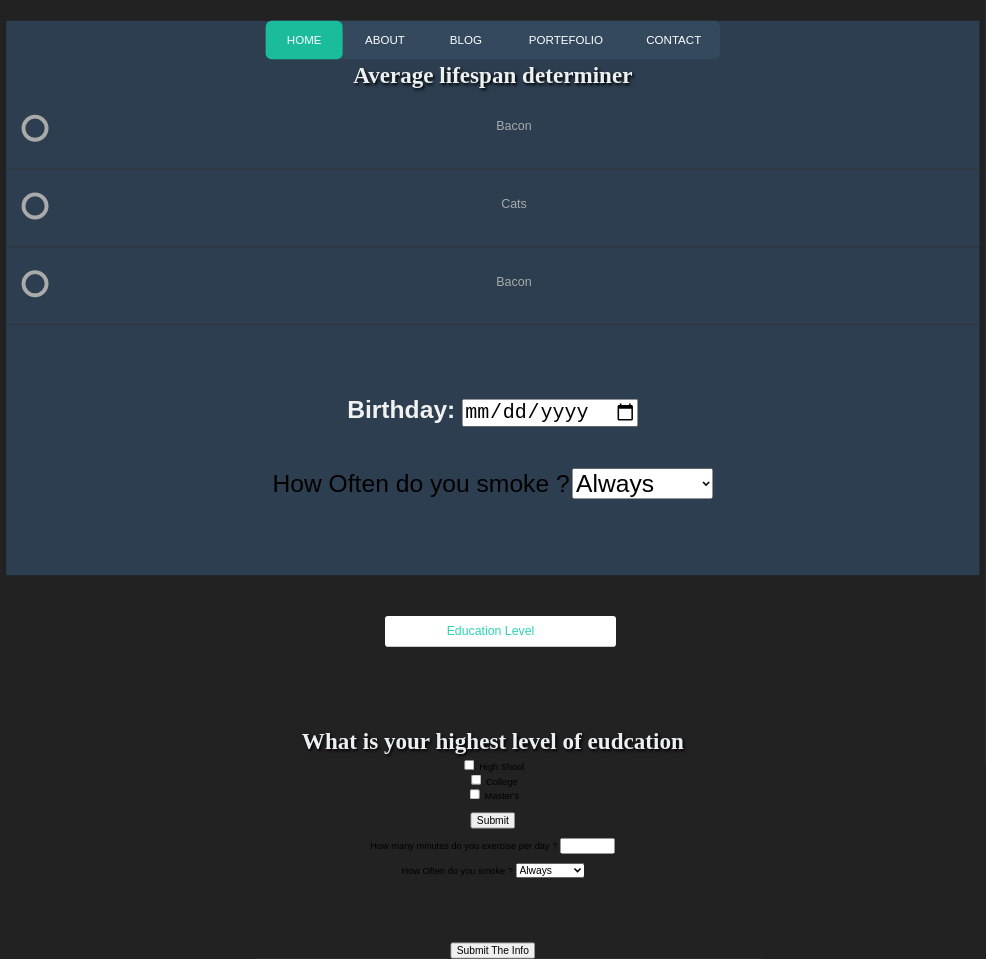
Repository: navid-amini12/capstone-1
Page: wordgame.html
These files come from the project's save history. The page is drawn as it stood at one moment and after the next save; the edit follows.
The browser window is 1280 px wide. The pictures show the whole page, at 77% of full size.

Above is the page before, as saved 2022-06-01 13:14:32.

After the next save:
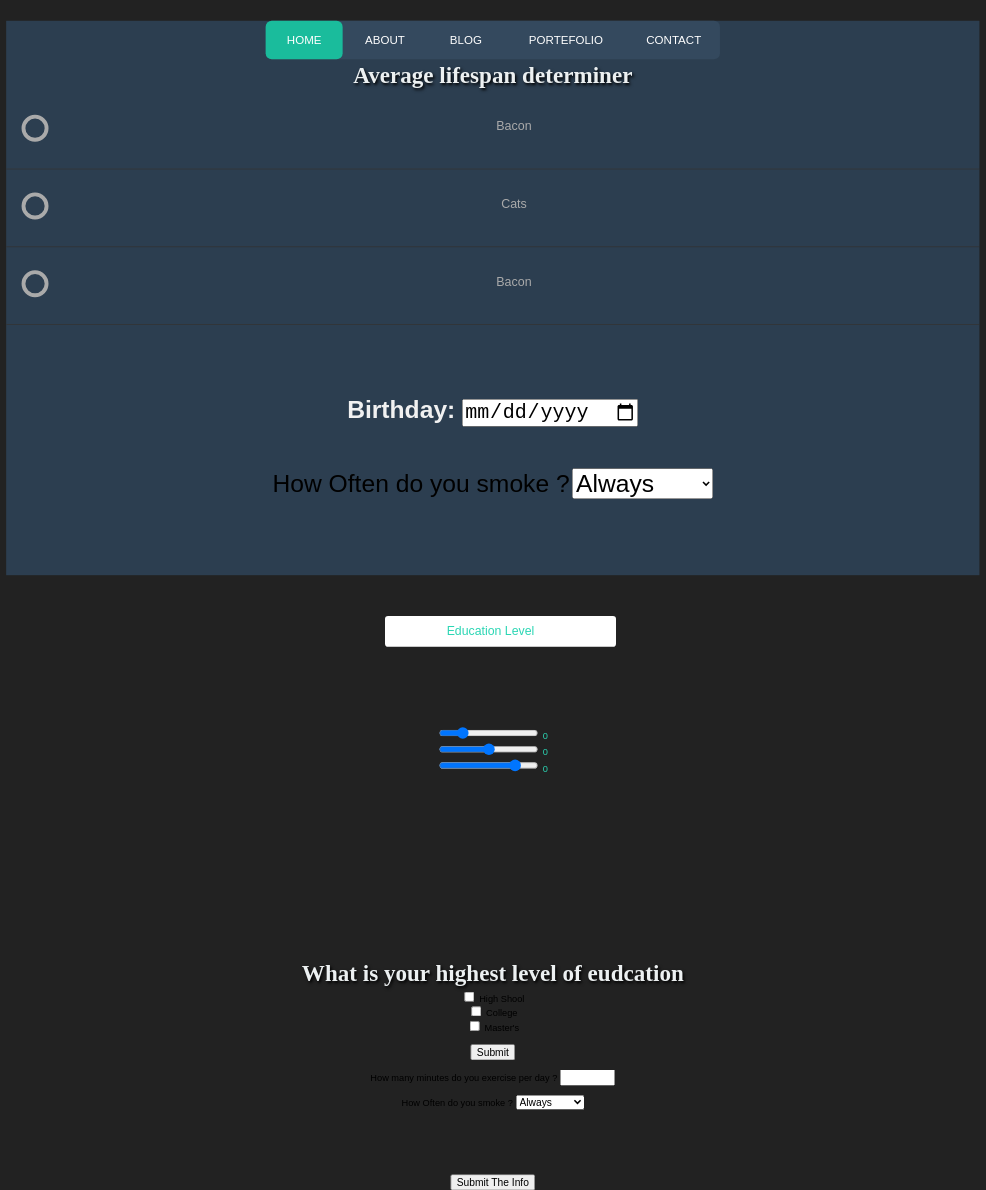
Saved 4 min 21 s later.
--- a/wordgame.html
+++ b/wordgame.html
@@ -170,7 +170,21 @@
 
 <br><br><br><br><br><br><br><br><br><br><br><br><br><br><br><br><br>
 
-
+<div class="range-slider">
+  <input class="range-slider__range" type="range" value="100" min="0" max="500">
+  <span class="range-slider__value">0</span>
+</div>
+
+<div class="range-slider">
+  <input class="range-slider__range" type="range" value="250" min="0" max="500" step="50">
+  <span class="range-slider__value">0</span>
+</div>
+
+<div class="range-slider">
+  <input class="range-slider__range" type="range" value="400" min="0" max="500">
+  <span class="range-slider__value">0</span>
+</div>
+<br><br><br><br><br><br><br><br><br><br><br><br><br><br><br><br><br>
 
 
 
